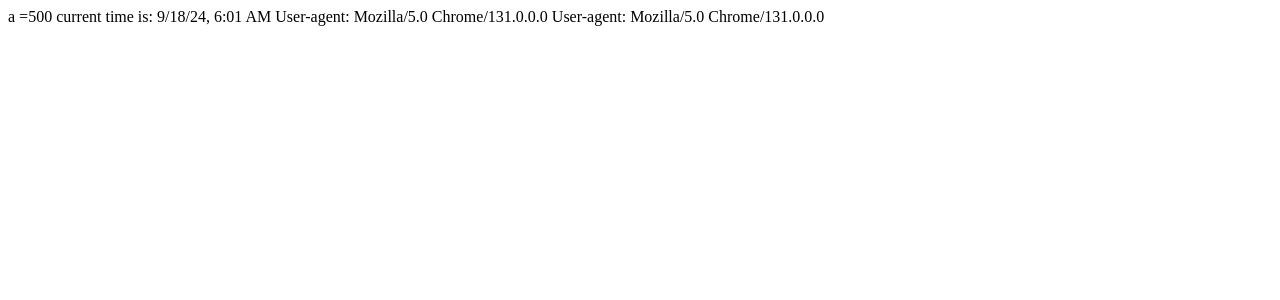
Repository: zoooolander/systex_prac_javaee
Page: http://localhost/myWeb/hello.jsp
The author's editor kept a copy of each file at every save. The page is drawn from the files as they stood at one save, then again after the next save.
The browser window is 1280 px wide. The pictures show the whole page.
The page is served by Tomcat 10. Other server files are loaded and not shown.

Above is the page before, as saved 2024-09-19 06:00:16.

### myWeb/src/main/webapp/hello.jsp
<%@page import="java.text.SimpleDateFormat"%>
<%@page import="java.util.Date"%>
<%@ page language="java" contentType="text/html; charset=UTF-8"
	pageEncoding="UTF-8"%>
<!DOCTYPE html>
<html>
<head>
<meta charset="UTF-8">
<title>Insert title here</title>
</head>
<body>
	<%!int a = 100;%>
	<%
	int a = 500;
	%>
	a =<%=a%>
	current time is:
	<%=SimpleDateFormat.getInstance().format(new Date())%>
	<!-- html comment -->
	<%
	//java comment
	%>
	<%-- jsp comment --%>
	User-agent:
	<%=request.getHeader("User-Agent")%>
	User-agent:
	<%
	out.println(request.getHeader("User-Agent"));
	%>
</body>
</html>

After the next save:
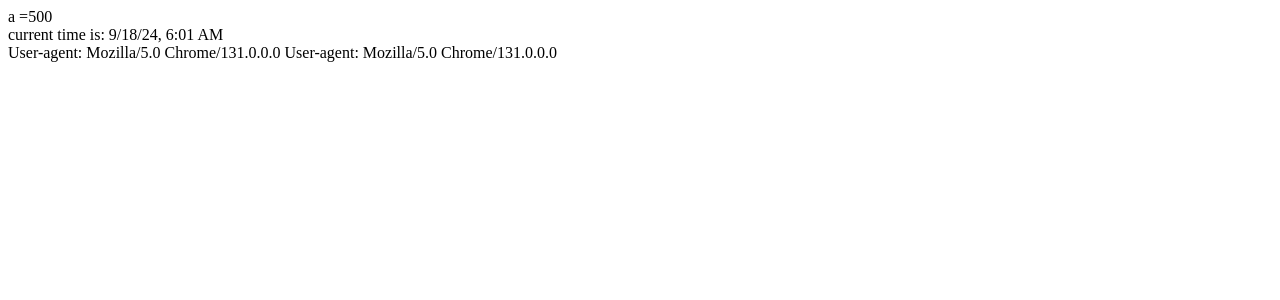
Saved 44 s later.
--- a/myWeb/src/main/webapp/hello.jsp
+++ b/myWeb/src/main/webapp/hello.jsp
@@ -13,15 +13,14 @@
 	<%
 	int a = 500;
 	%>
-	a =<%=a%>
-	current time is:
+	a =<%=a%><br /> current time is:
 	<%=SimpleDateFormat.getInstance().format(new Date())%>
 	<!-- html comment -->
 	<%
 	//java comment
 	%>
 	<%-- jsp comment --%>
-	User-agent:
+	<br /> User-agent:
 	<%=request.getHeader("User-Agent")%>
 	User-agent:
 	<%
